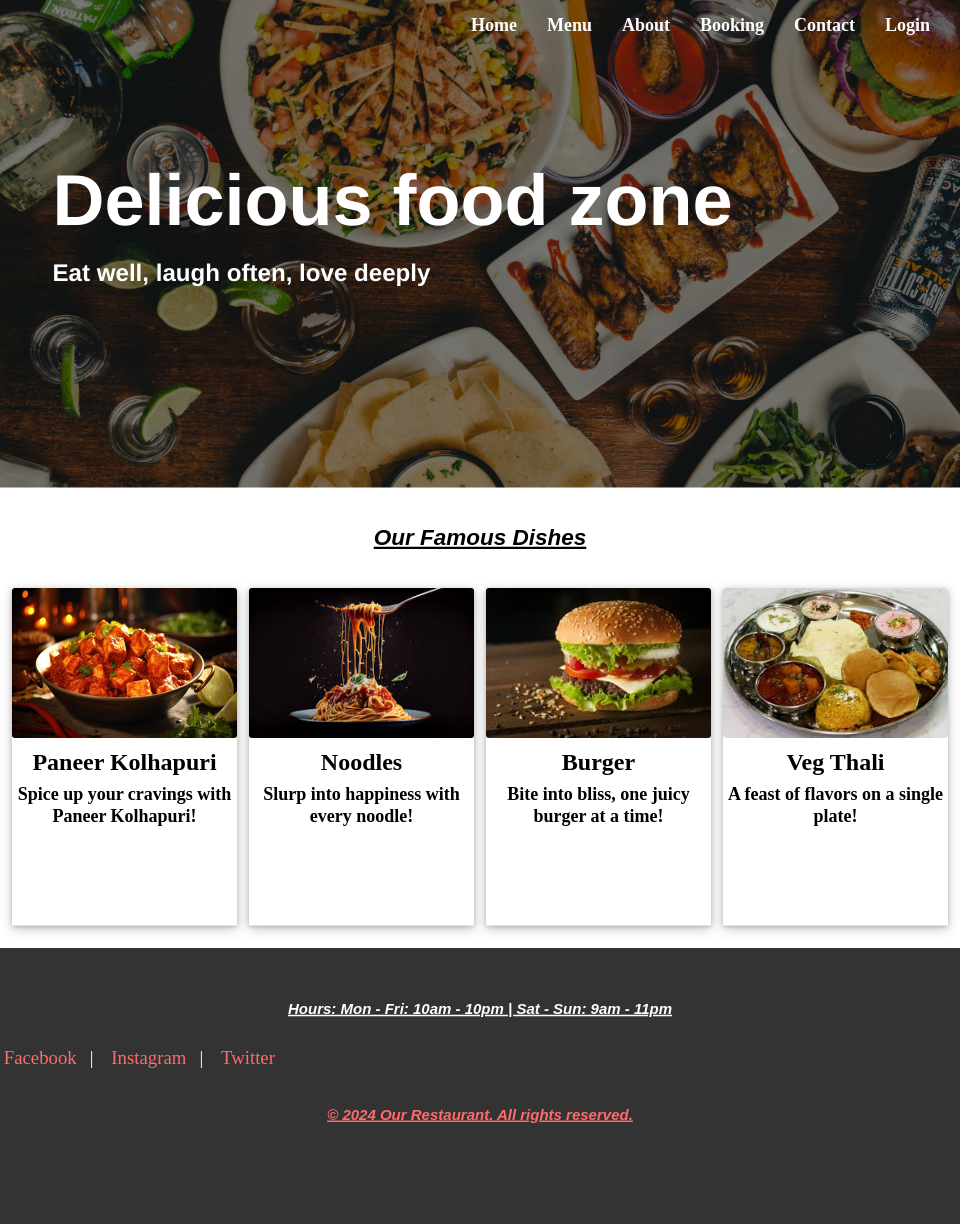
Repository: Shreya-Bonde/Restaurant-management-system
Page: index.html
These files come from the project's save history. The page is drawn as it stood at one moment and after the next save; the edit follows.
The browser window is 1280 px wide. The pictures show the whole page, at 75% of full size.

Above is the page before, as saved 2024-10-10 14:37:35.

### index.html
<!DOCTYPE html>
<html lang="en">
<head>
    <meta charset="UTF-8">
    <meta name="viewport" content="width=device-width, initial-scale=1.0">
    <title>Document</title>
    <link rel="stylesheet" href="style.css">
</head>
<body>
    <header>
        <div class="banner-container">
                <nav class="navbar">
                    <ul>
                        <li><a href="#home">Home</a></li>
                        <li><a href="#menu">Menu</a></li>
                        <li><a href="/about.html">About</a></li>
                        <li><a href="/booking.html">Booking</a></li>
                        <li><a href="/contact.html">Contact</a></li>
                        <li><a href="/login.html">Login</a></li>
                    </ul>
                </nav>
                <div class="centered-text">
                    <h1>Delicious food zone</h1>
                    <h6>Eat well, laugh often, love deeply</h6>
                </div>
         </div>
    </header>
        <p>Our Famous Dishes</p>
        <div class="Flex">
            <div class="flex-item fitem1">
                <img src="paneer kolhapuri.jpg" alt="">
                <h1>Paneer Kolhapuri</h1>
                <h2>Spice up your cravings with Paneer Kolhapuri!</h2>
            </div>
            <div class="flex-item fitem2">
                <img src="noodles1.jpg" alt="">
                <h1>Noodles</h1>
                <h2>Slurp into happiness with every noodle!</h2>
            </div>
            <div class="flex-item fitem3">
                <img src="burger.jpg" alt="">
                <h1>Burger</h1>
                <h2>Bite into bliss, one juicy burger at a time!</h2>
            </div>
            <div class="flex-item fitem4">
                <img src="veg thali.jpg" alt="">
                <h1>Veg Thali</h1>
                <h2>A feast of flavors on a single plate!</h2>
            </div>
        </div>

    <footer>
        <div>
            <p>Hours: Mon - Fri: 10am - 10pm | Sat - Sun: 9am - 11pm</p>

            <div class="social-media">
                <div class="sm-handle">
                    <a href="#" target="_blank" class="yt_handle"
                     rel="noopener noreferrer"> <i class="fa fa-youtube fa-lg yt_handle"></i>Facebook</a>&nbsp;&nbsp;|&nbsp;&nbsp;
                <a href="#" target="_blank" class="linkedin_handle"
                rel="noopener noreferrer"> <i class="fa fa-linkedin fa-lg linkedin_handle"></i>Instagram</a>&nbsp;&nbsp;|&nbsp;&nbsp;
                <a href="#" target="_blank" class="insta_handle"
                 rel="noopener noreferrer"> <i class="fa fa-instagram fa-lg insta_handle"></i>Twitter</a>

                <a href="#" class="social-icon"><i class="fab fa-facebook"></i></a>
                <a href="#" class="social-icon"><i class="fab fa-instagram"></i>

                    <p>&copy; 2024 Our Restaurant. All rights reserved.</p>


            </div>
        </div>
    </footer>
</body>
</html>

### style.css
* {
    box-sizing: border-box;
    margin: 0;
    padding: 0;
}
.banner-container {
    background-image: url(background1.jpg);
    background-repeat: no-repeat;
    background-size: cover;
    position: relative;
    width: 100%;
    height: 650px;
}
.navbar {
    position: absolute;
    top: 0;
    right: 0;
    padding: 20px;
}
.centered-text {
    position: absolute;
    top: 30%;
    left: 70px;
    color: white;
    line-height: 1.5;
    font-weight: bold;
    font-size: 3rem;
    font-family: 'Franklin Gothic Medium', 'Arial Narrow', Arial, sans-serif;
}
h6 {
    justify-content: center;
    margin-bottom: 20px;
}
nav ul {
    list-style-type: none;
    margin: 0;
    padding: 0;
    display: flex;
    justify-content: right;
    font-size: 1.5rem;
}
nav ul li {
    margin: 0 20px;
}
nav ul li a {
    color: white;
    text-decoration: none;
    font-weight: bold;
}
nav ul li a:hover {
    text-decoration: underline;
}
.Flex {
    width: 100%;
    display: flex;
    flex-wrap: wrap;
    box-sizing: gray;
    align-items: center;
    justify-content: space-evenly;
}
.flex-item {
    box-shadow: 0 2px 6px 0 rgba(0,0,0,0.2), 0 4px 16px 0 rgba(0,0,0,0.2);
    margin: 0;
    padding: 0;
}
.flex-item img {
 width: 100%;
 object-fit: fill;
}
.flex-item {
    margin-top: 20px;
    margin-bottom: 30px;
    display: inline-block;
    background-color: white;
    width: 300px;
    height: 450px;
    text-align: center;
}
.flex-item:hover {
    transform: scale(1.05);
}
img {
    width: 100%;
    height: 200px;
    object-fit: fill;
    border-radius: 4px;
}
p {
    text-align: center;
    font-size: 30px;
    font-weight: bold;
    font-style: oblique;
    font-family: Arial, Helvetica, sans-serif;
    padding: 50px 20px 30px;
    text-decoration: underline;
}
.flex-item h2 {
    line-height: 1.2;
}
.flex-item h1 {
    padding-top: 10px;
    padding-bottom: 10px;
}
footer {
    float: center;
    padding: 20px 0;
    background-color: #333;
    color: #fff;
    width: 100%;
    font-size: 25px;
}
.footer-content {
    padding: 10px 0;
}
.footer-content a:hover {
    text-decoration: underline;
}
.social-media {
    color: white;
    margin-top: 10px;
}
footer a {
    color: #ff6b6b;
    text-decoration: none;
    margin: 0 5px;
}
footer a:hover {
    text-decoration: underline;
}
footer p {
    font-size: 20px;
}

After the next save:
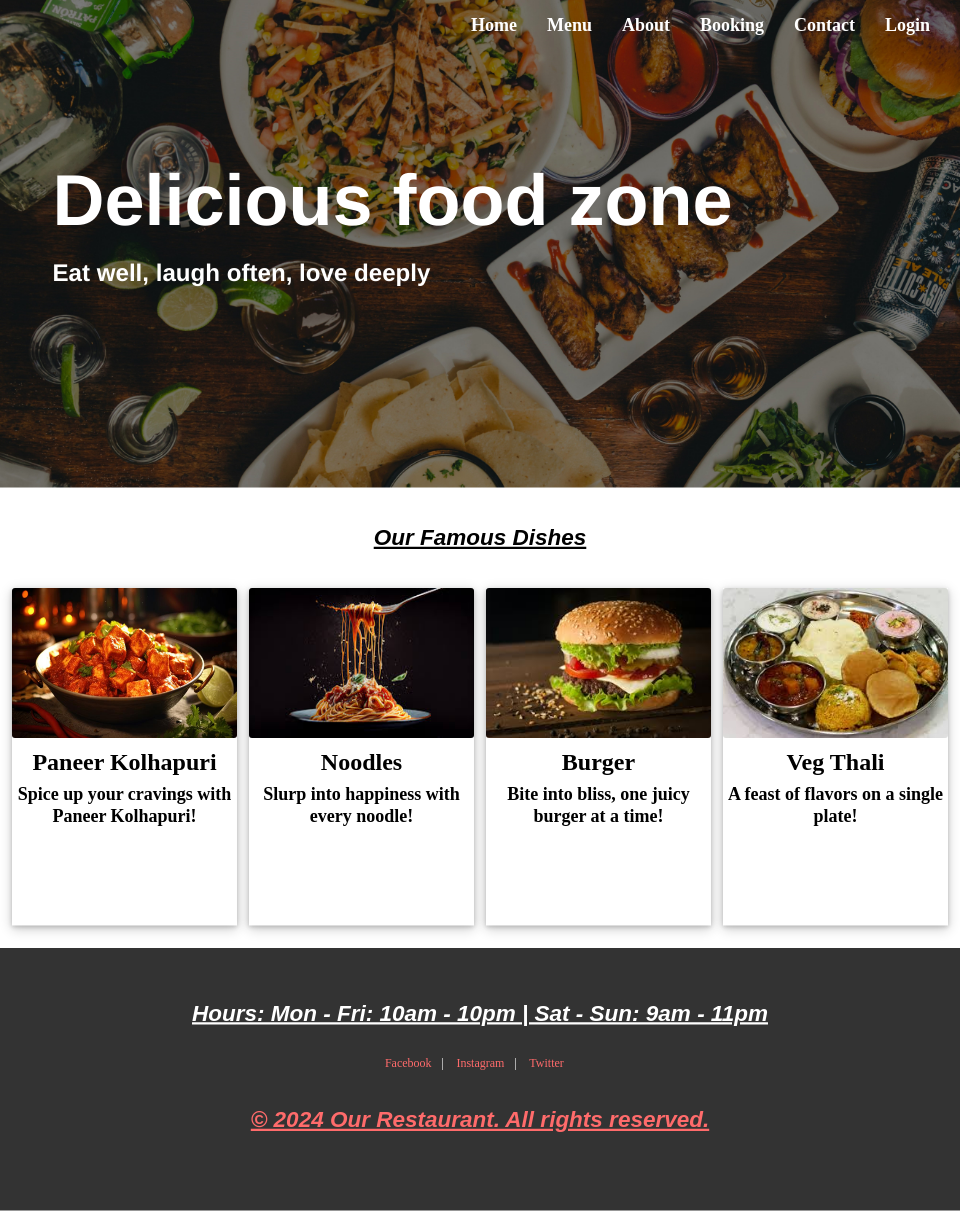
Saved 12 s later.
--- a/style.css
+++ b/style.css
@@ -102,12 +102,11 @@ p {
     padding-bottom: 10px;
 }
 footer {
-    float: center;
+    text-align: center;
     padding: 20px 0;
     background-color: #333;
     color: #fff;
     width: 100%;
-    font-size: 25px;
 }
 .footer-content {
     padding: 10px 0;
@@ -127,6 +126,3 @@ footer a {
 footer a:hover {
     text-decoration: underline;
 }
-footer p {
-    font-size: 20px;
-}
